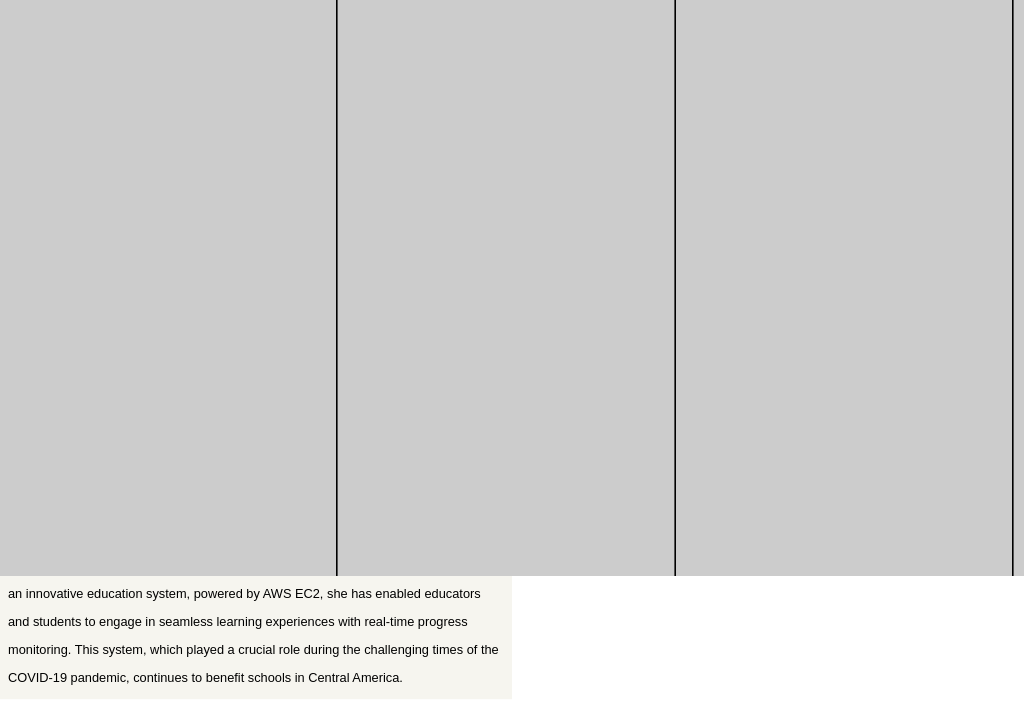
Repository: tessa5/developerPortfolio
Page: public/bio.html
The author's editor kept a copy of each file at every save. The page is drawn from the files as they stood at one save, then again after a run of saves.
The browser window is 1280 px wide. The pictures show the whole page, at 80% of full size.
The pointer rests on the first visible `ul li`.

Above is the page before, as saved 2023-08-08 14:32:03.

### public/bio.html
<!DOCTYPE html>
<html lang="en">
<head>
    <meta charset="UTF-8">
    <meta name="viewport" content="width=device-width, initial-scale=1.0">
    <title>Document</title>
    <link rel="stylesheet" href="assets/styles/bio.css">
</head>
<body>
    <section>
        <ul>
            <li></li>
            <li></li>
            <li></li>
        </ul>

    </section>
    <h3>Bio</h3>
    <p class="bio">
        Ms. Teresia Kamau is a professional, currently working as the Senior Manager and Team Leader at Gyeonggi Business and Science Accelerator Africa branch. With a passion for technology, she has set her sights on transitioning fully into the tech industry as an AWS Ops leader within the next 1.5 years. <br/>Determined to stay ahead in this competitive field, she has set a challenging target of passing the AWS certificate exam within the next 7 months.
In 3 years, she plans to launch a mentorship program specifically catering to women looking to venture into the realms of AR and AI. With her vision, she aims to create a supportive and inclusive environment for aspiring female technologists, driving innovation and progress in the industry.
<br/>Teresia has an impressive track record of achievements, exemplifying her capability as a leader and a visionary. In just two years, she has ascended to the role of Senior Manager and Team Leader, showcasing her exceptional leadership skills and strategic acumen. <br/>Moreover, Teresia's abilities in forging international partnerships and driving business growth enabled her to facilitate contracts worth a staggering $600,000 between Korean companies and entities in East Africa.
Beyond her corporate achievements, Teresia has made a significant impact in the field of education. Collaborating in the development of an innovative education system, powered by AWS EC2, she has enabled educators and students to engage in seamless learning experiences with real-time progress monitoring. This system, which played a crucial role during the challenging times of the COVID-19 pandemic, continues to benefit schools in Central America.

    </p>
</body>
</html>

### public/assets/styles/bio.css
body {
    margin: 0;
    padding:0;
    font-family: sans-serif;
}
ul {
    position: absolute;
    top: 0;
    left: 0;
    width: 100%;
    height:100vh;
    background: #ccc;
    margin:0;
    padding:0;
}
ul li {
    list-style:none;
    position:relative;
    width:33%;
    height:100%;
    border-right: 2px solid #000;
    float: left;
    box-sizing:border-box;
    transition: 0.5s;
    text-align: center;
}

ul li:hover {
    width:
}
p {

    width:50%;
    float: left;
    height:100%;
    line-height:35px;
    background:#f6f5ef;
    padding:10px;
    margin-top:5px;
    box-sizing: border-box;
    word-break: keep-all;
    padding-top:30px;
}

After the next 2 saves:
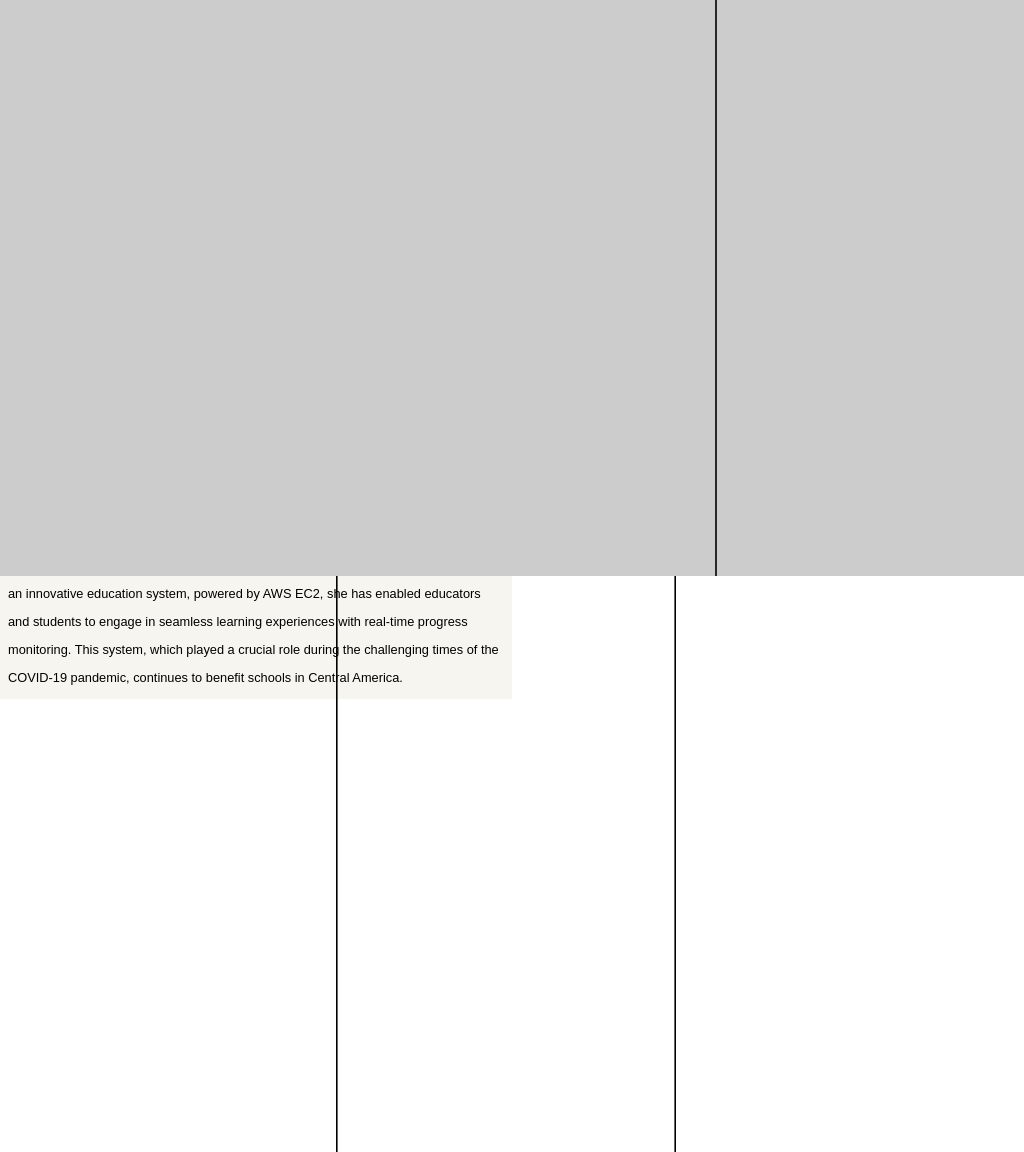
The 2 saves are shown as one change because they came seconds apart.
The last was saved 8 s later.
--- a/public/assets/styles/bio.css
+++ b/public/assets/styles/bio.css
@@ -26,7 +26,7 @@ ul li {
 }
 
 ul li:hover {
-    width:
+    width:70%
 }
 p {
 
